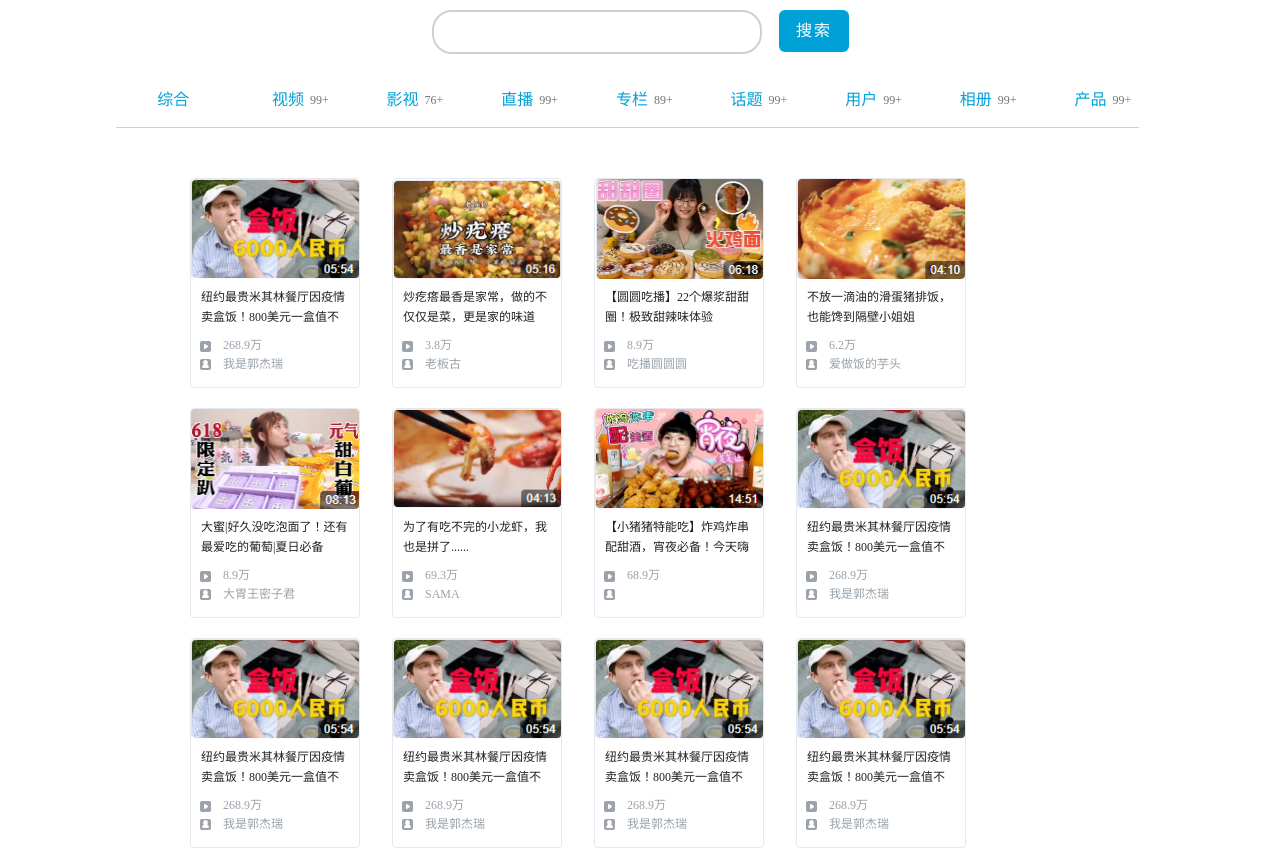
Repository: red-code-yl/web-project
Page: doc/food.html
An editor plug-in stored every save of this project. The page is shown before and after the next save, followed by the edit.
The browser window is 1280 px wide. The pictures show the whole page.

Above is the page before, as saved 2020-06-18 17:14:56.

### doc/food.html
<!DOCTYPE html>
<html lang="en">
<head>
    <meta charset="UTF-8">
    <meta name="viewport" content="width=device-width, initial-scale=1.0">
    <title>美食</title>
    <link  rel="stylesheet"   href="../css/food.css" />
</head>
<body>
    <div id="search" class="search">
        <div class="contain">
            <div class="head-contain">
                <div class="search-top">
                    <div class="search-block">
                        <div class="search-input">
                            <input id="search-keyword" type="text" maxlength="100" autocomplete="off">
                        </div>
                        <div class="search-button">
                            <span class="search-text">搜索</span>
                        </div>

                    </div>
                </div>
                <div class="navigator">
                    <div class="nav-1">
                        <div class="fenlei">
                            <ul class="fenlei-list">
                                <li class="fenlei-list-1" style="height: 56px;line-height: 56px;width: 11.11%;">
                                    <a href="#">综合</a>
                                    <span></span>
                                </li>
                                <li class="fenlei-list-1" style="height: 56px;line-height: 56px;width: 11.11%;">
                                    <a href="#">视频<span>99+</span></a>

                                </li>
                                <li class="fenlei-list-1" style="height: 56px;line-height: 56px;width: 11.11%;">
                                    <a href="#">影视<span>76+</span></a>

                                </li>
                                <li class="fenlei-list-1" style="height: 56px;line-height: 56px;width: 11.11%;">
                                    <a href="#">直播<span>99+</span></a>

                                </li>
                                <li class="fenlei-list-1" style="height: 56px;line-height: 56px;width: 11.11%;">
                                    <a href="#">专栏<span>89+</span></a>

                                </li>
                                <li class="fenlei-list-1" style="height: 56px;line-height: 56px;width: 11.11%;">
                                    <a href="#">话题<span>99+</span></a>

                                </li>
                                <li class="fenlei-list-1" style="height: 56px;line-height: 56px;width: 11.11%;">
                                    <a href="#">用户<span>99+</span></a>

                                </li>
                                <li class="fenlei-list-1" style="height: 56px;line-height: 56px;width: 11.11%;">
                                    <a href="#">相册<span>99+</span></a>

                                </li>
                                <li class="fenlei-list-1" style="height: 56px;line-height: 56px;width: 11.11%;">
                                    <a href="#">产品<span>99+</span></a>
                                </li>
                            </ul>
                        </div>
                    </div>
                </div>
            </div>
            <div class="body-contain">
                <div class="all-list">
                    <ul class="video-list">
                        <li class="video-list-part">
                            <a href="#" title="" target="_blank" class="list-part-1">
                                <div class="img">
                                    <div class="lazy-img">
                                        <img alt src="../img/img-list1.png">
                                    </div>

                                </div>
                            </a>
                            <div class="list-text">
                                <div class="list-title">
                                    <a title="" href="#" target="_blank" class="title-1">
                                        纽约最贵米其林餐厅因疫情卖盒饭！800美元一盒值不值？
                                    </a>
                                </div>
                                <div class="tags">
                                    <span class="play" title="观看">
                                        <i class="playcount"></i>
                                        268.9万
                                    </span>
                                    <br/>
                                    <span class="play2" title="up主">
                                        <i class="play-uper"></i>
                                        <a href="#" target="_blank" class="up-name">
                                            我是郭杰瑞
                                        </a>
                                    </span>
                                </div>
                            </div>
                        </li>
                        <li class="video-list-part">
                            <a href="#" title="" target="_blank" class="list-part-1">
                                <div class="img">
                                    <div class="lazy-img">
                                        <img alt src="../img/img-list2.png">
                                    </div>

                                </div>
                            </a>
                            <div class="list-text">
                                <div class="list-title">
                                    <a title="" href="#" target="_blank" class="title-1">
                                        炒疙瘩最香是家常，做的不仅仅是菜，更是家的味道
                                    </a>
                                </div>
                                <div class="tags">
                                    <span class="play" title="观看">
                                        <i class="playcount"></i>
                                        3.8万
                                    </span>
                                    <br/>
                                    <span class="play2" title="up主">
                                        <i class="play-uper"></i>
                                        <a href="#" target="_blank" class="up-name">
                                            老板古
                                        </a>
                                    </span>
                                </div>
                            </div>
                        </li>
                        <li class="video-list-part">
                            <a href="#" title="" target="_blank" class="list-part-1">
                                <div class="img">
                                    <div class="lazy-img">
                                        <img alt src="../img/img-list3.png">
                                    </div>

                                </div>
                            </a>
                            <div class="list-text">
                                <div class="list-title">
                                    <a title="" href="#" target="_blank" class="title-1">
                                        【圆圆吃播】22个爆浆甜甜圈！极致甜辣味体验
                                    </a>
                                </div>
                                <div class="tags">
                                    <span class="play" title="观看">
                                        <i class="playcount"></i>
                                        8.9万
                                    </span>
                                    <br/>
                                    <span class="play2" title="up主">
                                        <i class="play-uper"></i>
                                        <a href="#" target="_blank" class="up-name">
                                            吃播圆圆圆
                                        </a>
                                    </span>
                                </div>
                            </div>
                        </li>
                        <li class="video-list-part">
                            <a href="#" title="" target="_blank" class="list-part-1">
                                <div class="img">
                                    <div class="lazy-img">
                                        <img alt src="../img/img-list4.png">
                                    </div>

                                </div>
                            </a>
                            <div class="list-text">
                                <div class="list-title">
                                    <a title="" href="#" target="_blank" class="title-1">
                                        不放一滴油的滑蛋猪排饭，也能馋到隔壁小姐姐
                                    </a>
                                </div>
                                <div class="tags">
                                    <span class="play" title="观看">
                                        <i class="playcount"></i>
                                        6.2万
                                    </span>
                                    <br/>
                                    <span class="play2" title="up主">
                                        <i class="play-uper"></i>
                                        <a href="#" target="_blank" class="up-name">
                                            爱做饭的芋头
                                        </a>
                                    </span>
                                </div>
                            </div>
                        </li>
                        <li class="video-list-part">
                            <a href="#" title="" target="_blank" class="list-part-1">
                                <div class="img">
                                    <div class="lazy-img">
                                        <img alt src="../img/img-list5.png">
                                    </div>

                                </div>
                            </a>
                            <div class="list-text">
                                <div class="list-title">
                                    <a title="" href="#" target="_blank" class="title-1">
                                        大蜜|好久没吃泡面了！还有最爱吃的葡萄|夏日必备
                                    </a>
                                </div>
                                <div class="tags">
                                    <span class="play" title="观看">
                                        <i class="playcount"></i>
                                        8.9万
                                    </span>
                                    <br/>
                                    <span class="play2" title="up主">
                                        <i class="play-uper"></i>
                                        <a href="#" target="_blank" class="up-name">
                                            大胃王密子君
                                        </a>
                                    </span>
                                </div>
                            </div>
                        </li>
                        <li class="video-list-part">
                            <a href="#" title="" target="_blank" class="list-part-1">
                                <div class="img">
                                    <div class="lazy-img">
                                        <img alt src="../img/img-list6.png">
                                    </div>

                                </div>
                            </a>
                            <div class="list-text">
                                <div class="list-title">
                                    <a title="" href="#" target="_blank" class="title-1">
                                        为了有吃不完的小龙虾，我也是拼了......
                                    </a>
                                </div>
                                <div class="tags">
                                    <span class="play" title="观看">
                                        <i class="playcount"></i>
                                        69.3万
                                    </span>
                                    <br/>
                                    <span class="play2" title="up主">
                                        <i class="play-uper"></i>
                                        <a href="#" target="_blank" class="up-name">
                                            SAMA
                                        </a>
                                    </span>
                                </div>
                            </div>
                        </li>
                        <li class="video-list-part">
                            <a href="#" title="" target="_blank" class="list-part-1">
                                <div class="img">
                                    <div class="lazy-img">
                                        <img alt src="../img/img-list7.png">
                                    </div>

                                </div>
                            </a>
                            <div class="list-text">
                                <div class="list-title">
                                    <a title="" href="#" target="_blank" class="title-1">
                                        【小猪猪特能吃】炸鸡炸串配甜酒，宵夜必备！今天嗨皮
                                    </a>
                                </div>
                                <div class="tags">
                                    <span class="play" title="观看">
                                        <i class="playcount"></i>
                                        68.9万
                                    </span>
                                    <br/>
                                    <span class="play2" title="up主">
                                        <i class="play-uper"></i>
                                        <a href="#" target="_blank" class="up-name">

                                        </a>
                                    </span>
                                </div>
                            </div>
                        </li>
                        <li class="video-list-part">
                            <a href="#" title="" target="_blank" class="list-part-1">
                                <div class="img">
                                    <div class="lazy-img">
                                        <img alt src="../img/img-list1.png">
                                    </div>

                                </div>
                            </a>
                            <div class="list-text">
                                <div class="list-title">
                                    <a title="" href="#" target="_blank" class="title-1">
                                        纽约最贵米其林餐厅因疫情卖盒饭！800美元一盒值不值？
                                    </a>
                                </div>
                                <div class="tags">
                                    <span class="play" title="观看">
                                        <i class="playcount"></i>
                                        268.9万
                                    </span>
                                    <br/>
                                    <span class="play2" title="up主">
                                        <i class="play-uper"></i>
                                        <a href="#" target="_blank" class="up-name">
                                            我是郭杰瑞
                                        </a>
                                    </span>
                                </div>
                            </div>
                        </li>
                        <li class="video-list-part">
                            <a href="#" title="" target="_blank" class="list-part-1">
                                <div class="img">
                                    <div class="lazy-img">
                                        <img alt src="../img/img-list1.png">
                                    </div>

                                </div>
                            </a>
                            <div class="list-text">
                                <div class="list-title">
                                    <a title="" href="#" target="_blank" class="title-1">
                                        纽约最贵米其林餐厅因疫情卖盒饭！800美元一盒值不值？
                                    </a>
                                </div>
                                <div class="tags">
                                    <span class="play" title="观看">
                                        <i class="playcount"></i>
                                        268.9万
                                    </span>
                                    <br/>
                                    <span class="play2" title="up主">
                                        <i class="play-uper"></i>
                                        <a href="#" target="_blank" class="up-name">
                                            我是郭杰瑞
                                        </a>
                                    </span>
                                </div>
                            </div>
                        </li>
                        <li class="video-list-part">
                            <a href="#" title="" target="_blank" class="list-part-1">
                                <div class="img">
                                    <div class="lazy-img">
                                        <img alt src="../img/img-list1.png">
                                    </div>

                                </div>
                            </a>
                            <div class="list-text">
                                <div class="list-title">
                                    <a title="" href="#" target="_blank" class="title-1">
                                        纽约最贵米其林餐厅因疫情卖盒饭！800美元一盒值不值？
                                    </a>
                                </div>
                                <div class="tags">
                                    <span class="play" title="观看">
                                        <i class="playcount"></i>
                                        268.9万
                                    </span>
                                    <br/>
                                    <span class="play2" title="up主">
                                        <i class="play-uper"></i>
                                        <a href="#" target="_blank" class="up-name">
                                            我是郭杰瑞
                                        </a>
                                    </span>
                                </div>
                            </div>
                        </li>
                        <li class="video-list-part">
                            <a href="#" title="" target="_blank" class="list-part-1">
                                <div class="img">
                                    <div class="lazy-img">
                                        <img alt src="../img/img-list1.png">
                                    </div>

                                </div>
                            </a>
                            <div class="list-text">
                                <div class="list-title">
                                    <a title="" href="#" target="_blank" class="title-1">
                                        纽约最贵米其林餐厅因疫情卖盒饭！800美元一盒值不值？
                                    </a>
                                </div>
                                <div class="tags">
                                    <span class="play" title="观看">
                                        <i class="playcount"></i>
                                        268.9万
                                    </span>
                                    <br/>
                                    <span class="play2" title="up主">
                                        <i class="play-uper"></i>
                                        <a href="#" target="_blank" class="up-name">
                                            我是郭杰瑞
                                        </a>
                                    </span>
                                </div>
                            </div>
                        </li>
                        <li class="video-list-part">
                            <a href="#" title="" target="_blank" class="list-part-1">
                                <div class="img">
                                    <div class="lazy-img">
                                        <img alt src="../img/img-list1.png">
                                    </div>

                                </div>
                            </a>
                            <div class="list-text">
                                <div class="list-title">
                                    <a title="" href="#" target="_blank" class="title-1">
                                        纽约最贵米其林餐厅因疫情卖盒饭！800美元一盒值不值？
                                    </a>
                                </div>
                                <div class="tags">
                                    <span class="play" title="观看">
                                        <i class="playcount"></i>
                                        268.9万
                                    </span>
                                    <br/>
                                    <span class="play2" title="up主">
                                        <i class="play-uper"></i>
                                        <a href="#" target="_blank" class="up-name">
                                            我是郭杰瑞
                                        </a>
                                    </span>
                                </div>
                            </div>
                        </li>
                    </ul>
                </div>
            </div>
        </div>
    </div>
</body>
</html>

Loaded but not shown: css/food.css (235 lines, source omitted)

After the next save:
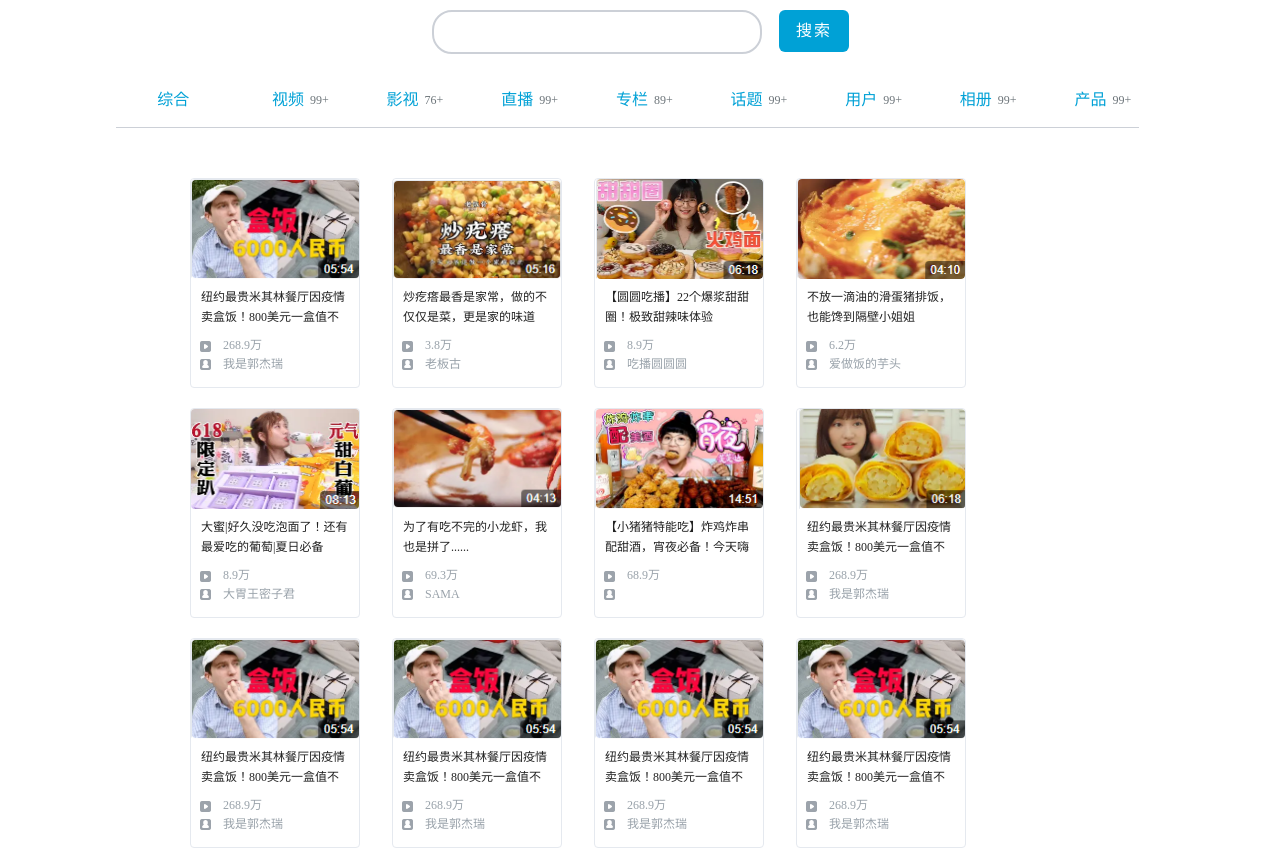
Saved 7 s later.
--- a/doc/food.html
+++ b/doc/food.html
@@ -282,7 +282,7 @@
                             <a href="#" title="" target="_blank" class="list-part-1">
                                 <div class="img">
                                     <div class="lazy-img">
-                                        <img alt src="../img/img-list1.png">
+                                        <img alt src="../img/img-list8.png">
                                     </div>
 
                                 </div>
